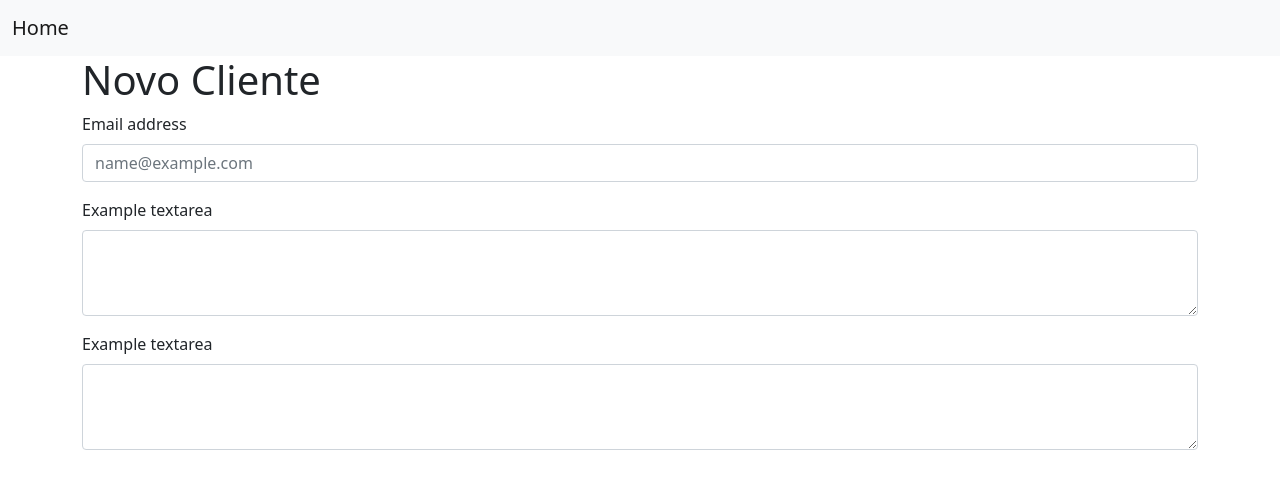
Repository: Luckycaat/eloquent-ORM
Page: http://localhost/clients/create
These files come from the project's save history. The page is drawn as it stood at one moment and after the next save; the edit follows.
The browser window is 1280 px wide. The pictures show the whole page.
The page is served by the project's Laravel application, run on PHP 8.4 with Laravel 9.

Above is the page before, as saved 2022-09-20 15:28:49.

After the next save:
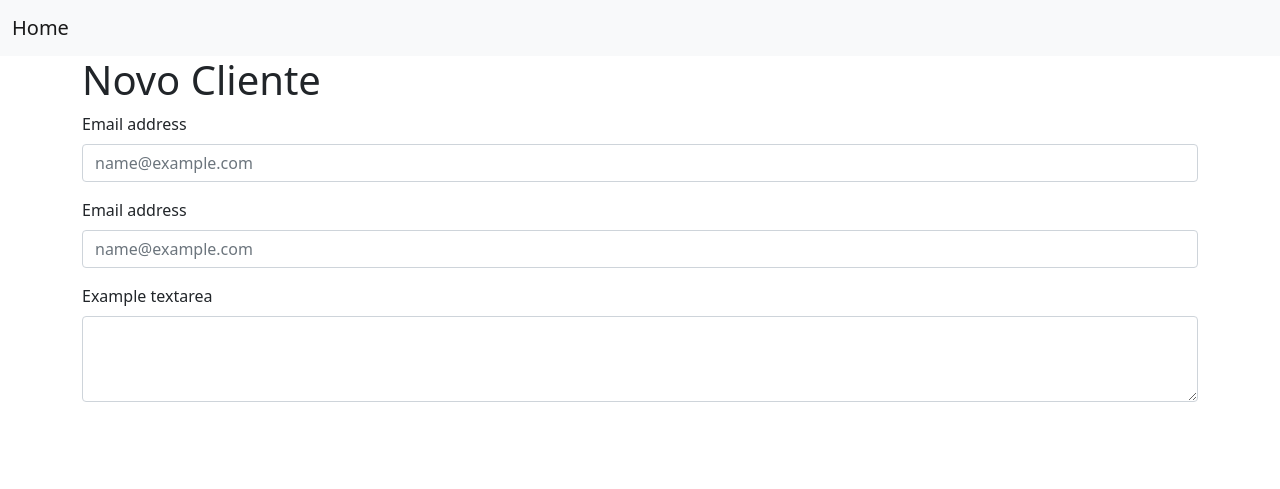
Saved 7 s later.
--- a/resources/views/clients/create.blade.php
+++ b/resources/views/clients/create.blade.php
@@ -8,8 +8,8 @@
             <input type="email" class="form-control" id="exampleFormControlInput1" placeholder="name@example.com">
         </div>
         <div class="mb-3">
-            <label for="exampleFormControlTextarea1" class="form-label">Example textarea</label>
-            <textarea class="form-control" id="exampleFormControlTextarea1" rows="3"></textarea>
+            <label for="exampleFormControlInput1" class="form-label">Email address</label>
+            <input type="email" class="form-control" id="exampleFormControlInput1" placeholder="name@example.com">
         </div>
         <div class="mb-3">
             <label for="exampleFormControlTextarea1" class="form-label">Example textarea</label>
